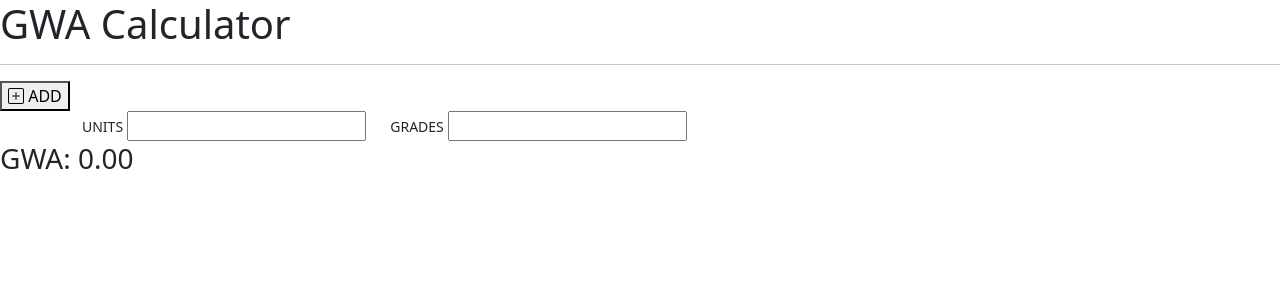
Repository: yonora/GWACalculator
Page: index.html
The author's editor kept a copy of each file at every save. The page is drawn from the files as they stood at one save, then again after the next save.
The browser window is 1280 px wide. The pictures show the whole page.

Above is the page before, as saved 2025-01-08 00:21:55.

After the next save:
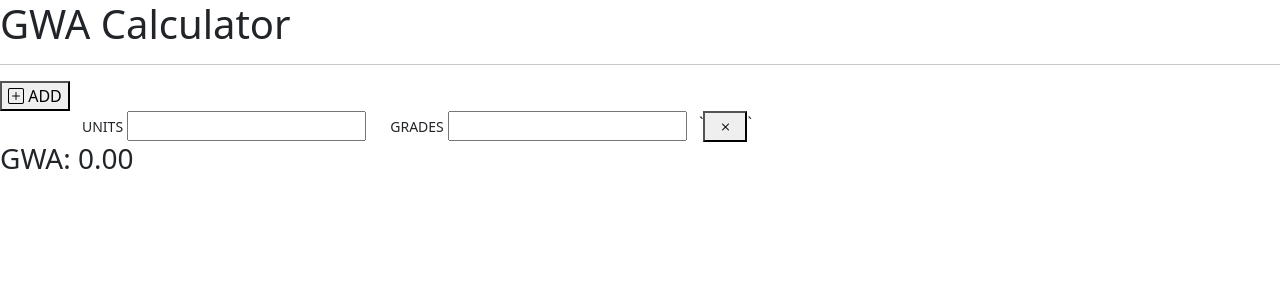
Saved 41 s later.
--- a/index.html
+++ b/index.html
@@ -22,6 +22,7 @@
                 <label class="col-form-label-sm">GRADES</label>
                 <input type="text" class="col-form-control grades" oninput="getGWA()">
             </div>
+            `<button class="col-auto remove" onclick="remove(1)"><i class="bi bi-x"></i></button>`
         </div>
     </div>
     <h3>GWA: <span id="gwa">0.00</span></h3>
